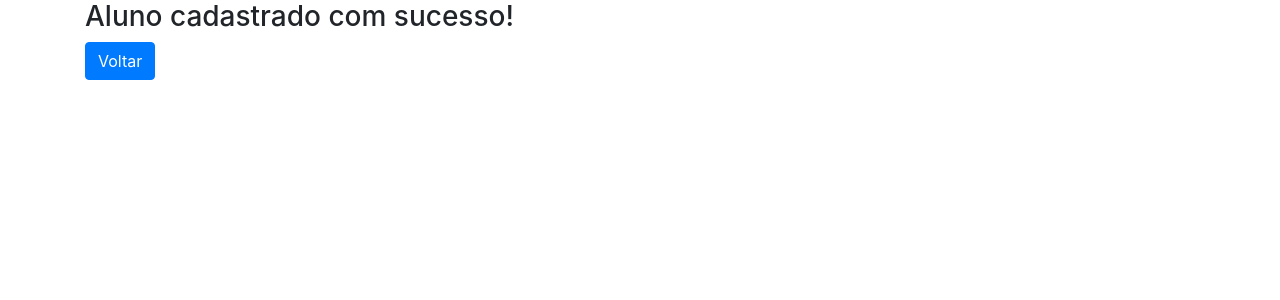
Repository: luizlav001/AT_Java_Web
Page: App2021/WebContent/erro.html
An editor plug-in stored every save of this project. The page is shown before and after the next save, followed by the edit.
The browser window is 1280 px wide. The pictures show the whole page.

Above is the page before, as saved 2021-11-21 20:27:01.

### App2021/WebContent/erro.html
<!DOCTYPE html>
<html>
<head>
<meta charset="ISO-8859-1">
<title>App2021 - Luiz</title>
<link rel="stylesheet" href="https://maxcdn.bootstrapcdn.com/bootstrap/4.5.2/css/bootstrap.min.css">
</head>
<body>
	<div class="container">
		<form action="aluno" method="get">
			<h3>Aluno cadastrado com sucesso!</h3>
			<button class="btn btn-primary" type="submit">Voltar</button>
		</form>
	</div>
</body>
</html>

After the next save:
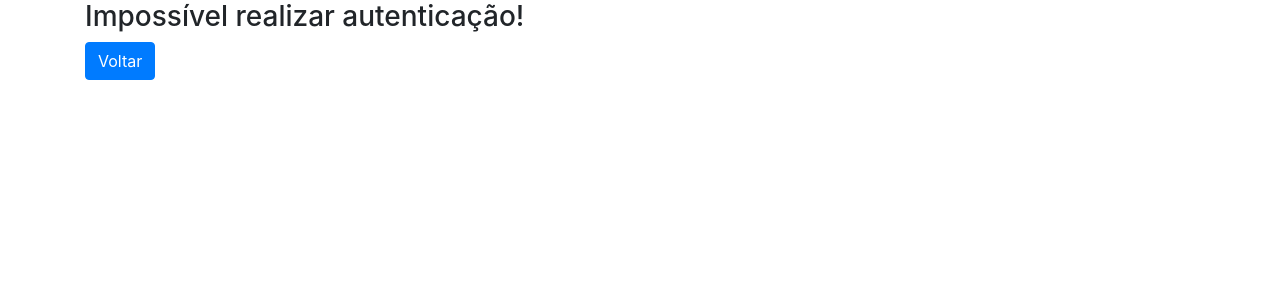
Saved 114 s later.
--- a/App2021/WebContent/erro.html
+++ b/App2021/WebContent/erro.html
@@ -8,7 +8,7 @@
 <body>
 	<div class="container">
 		<form action="aluno" method="get">
-			<h3>Aluno cadastrado com sucesso!</h3>
+			<h3>Impossível realizar autenticação!</h3>
 			<button class="btn btn-primary" type="submit">Voltar</button>
 		</form>
 	</div>
